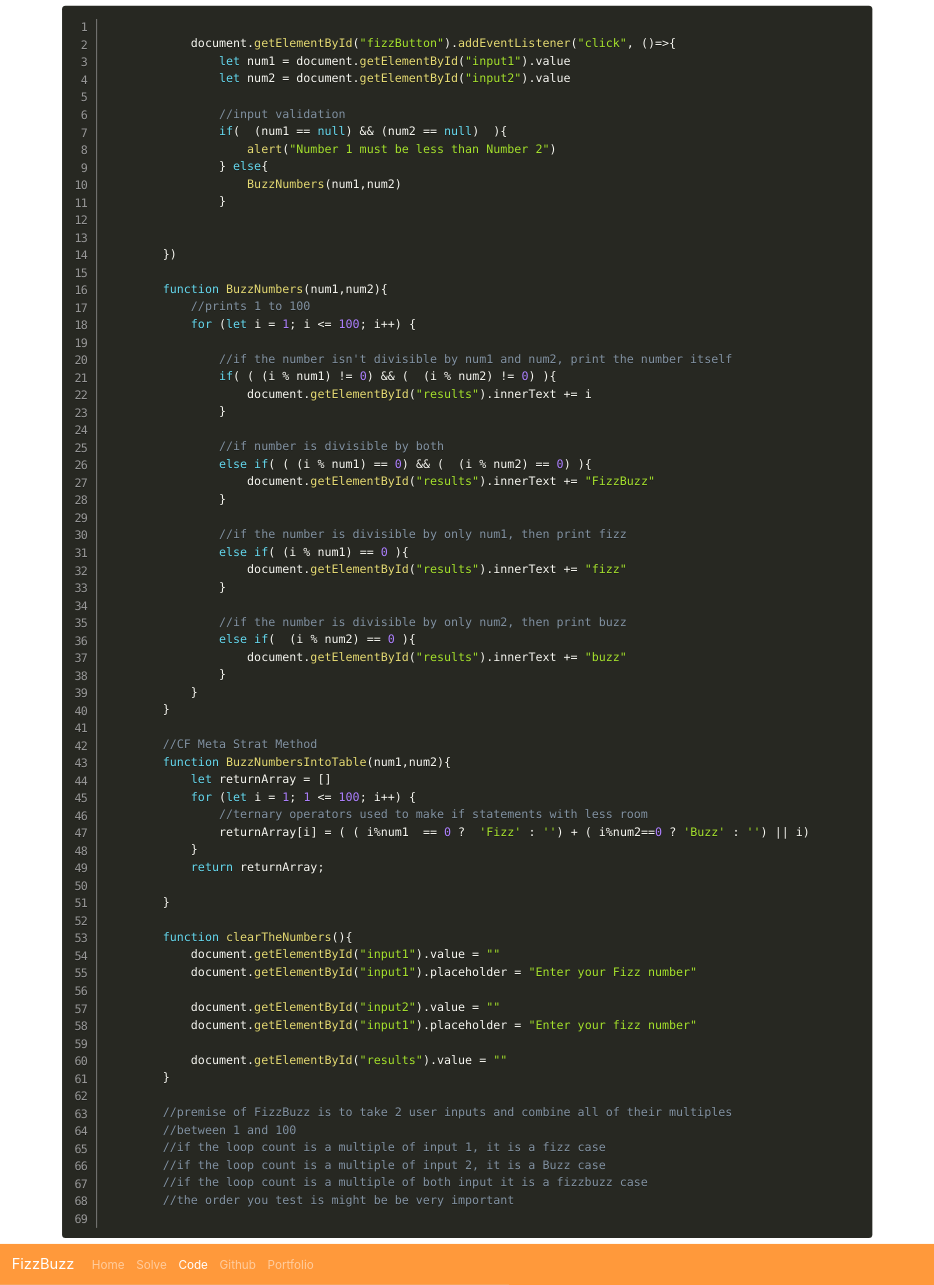
Repository: zhadjah9559/FizzBuzz
Page: code.html
These files come from the project's save history. The page is drawn as it stood at one moment and after the next save; the edit follows.
The browser window is 1280 px wide. The pictures show the whole page, at 73% of full size.

Above is the page before, as saved 2021-01-12 15:26:45.

After the next save:
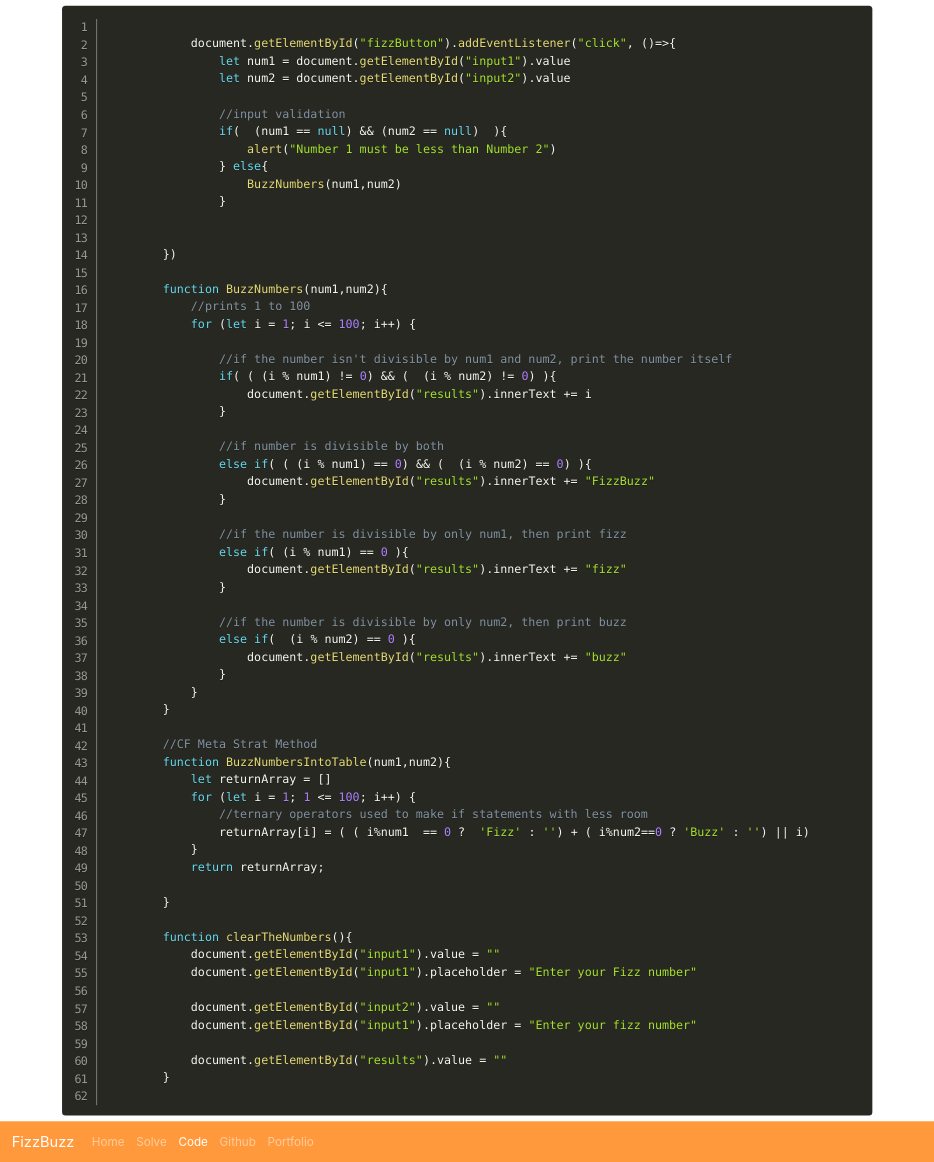
Saved 2 min 57 s later.
--- a/code.html
+++ b/code.html
@@ -79,13 +79,6 @@
 
             document.getElementById("results").value = ""
         }
-
-        //premise of FizzBuzz is to take 2 user inputs and combine all of their multiples
-        //between 1 and 100
-        //if the loop count is a multiple of input 1, it is a fizz case
-        //if the loop count is a multiple of input 2, it is a Buzz case
-        //if the loop count is a multiple of both input it is a fizzbuzz case
-        //the order you test is might be be very important
             </code></pre>
 
             </div>
